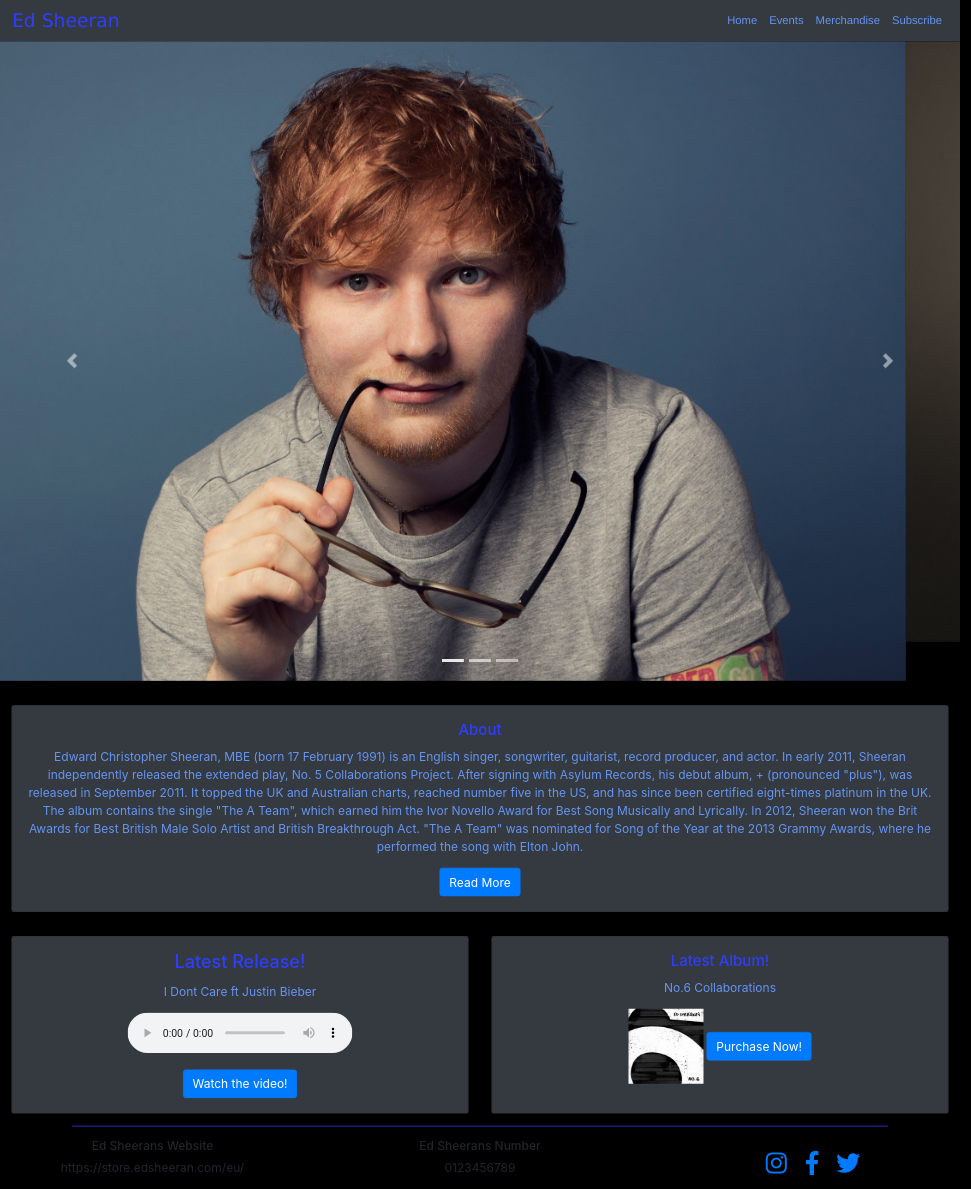
Repository: amit238/milestone-project-1
Page: index.html
The author's editor kept a record of every edit. The page is drawn from the files as they stood at one moment, then again after the next edit.
The browser window is 1280 px wide. The page is 1295 px wide, so the pictures cover 1295 px, including what lies to the right of the window. The pictures show the whole page, at 75% of full size.
Some web libraries are served in a nearby version.

Above is the page before.

After the next edit:
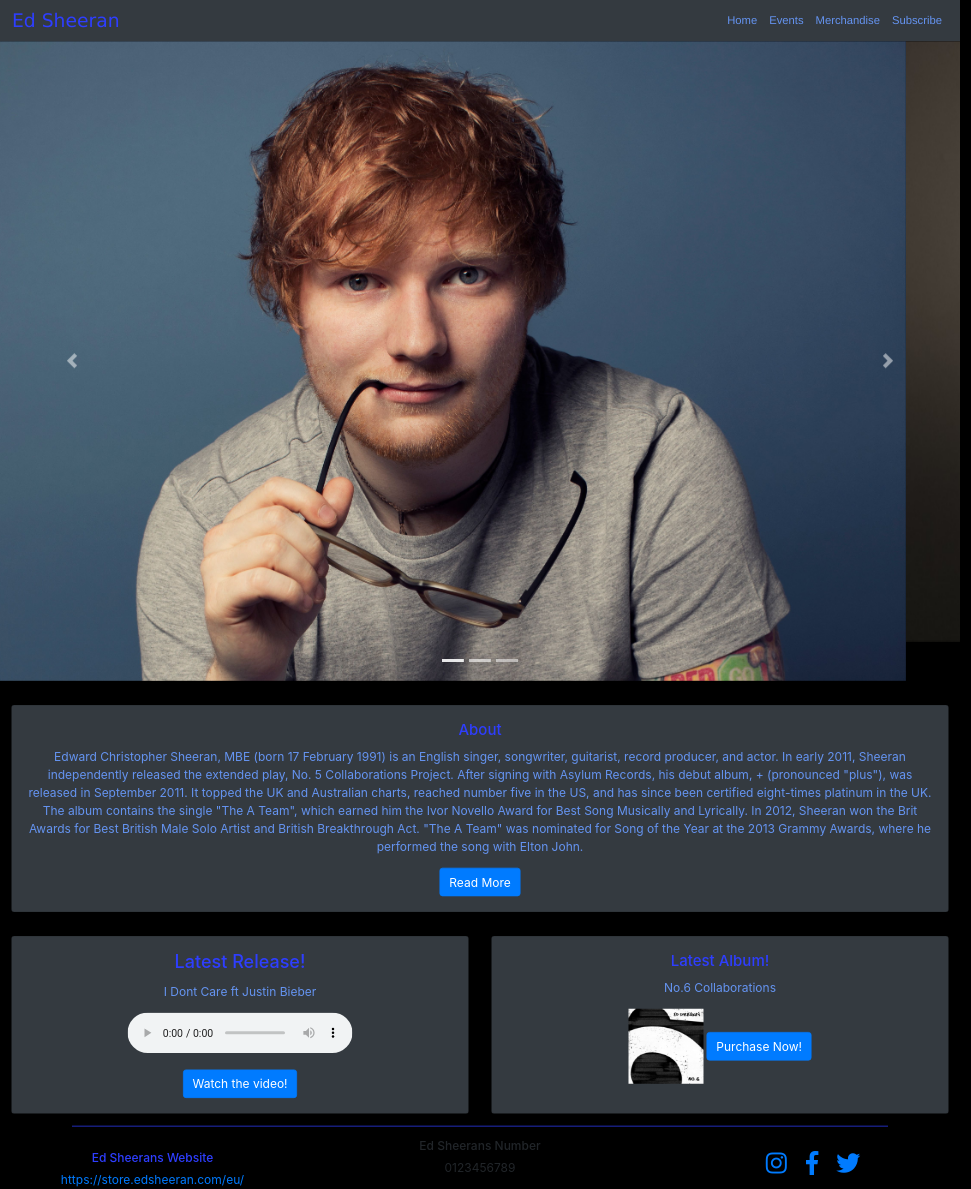
The edit:
--- a/index.html
+++ b/index.html
@@ -96,8 +96,8 @@
     <hr>
     <div class="row">
       <div class="col-sm-4">
-        <h6>Ed Sheerans Website</h6>
-        <p>https://store.edsheeran.com/eu/</p>
+        <h6 class=footer-header>Ed Sheerans Website</h6>
+        <a href="https://store.edsheeran.com/eu/" target="_blank">https://store.edsheeran.com/eu/</a>
       </div>
       <div class="col-sm-4">
         <h6>Ed Sheerans Number</h6>
